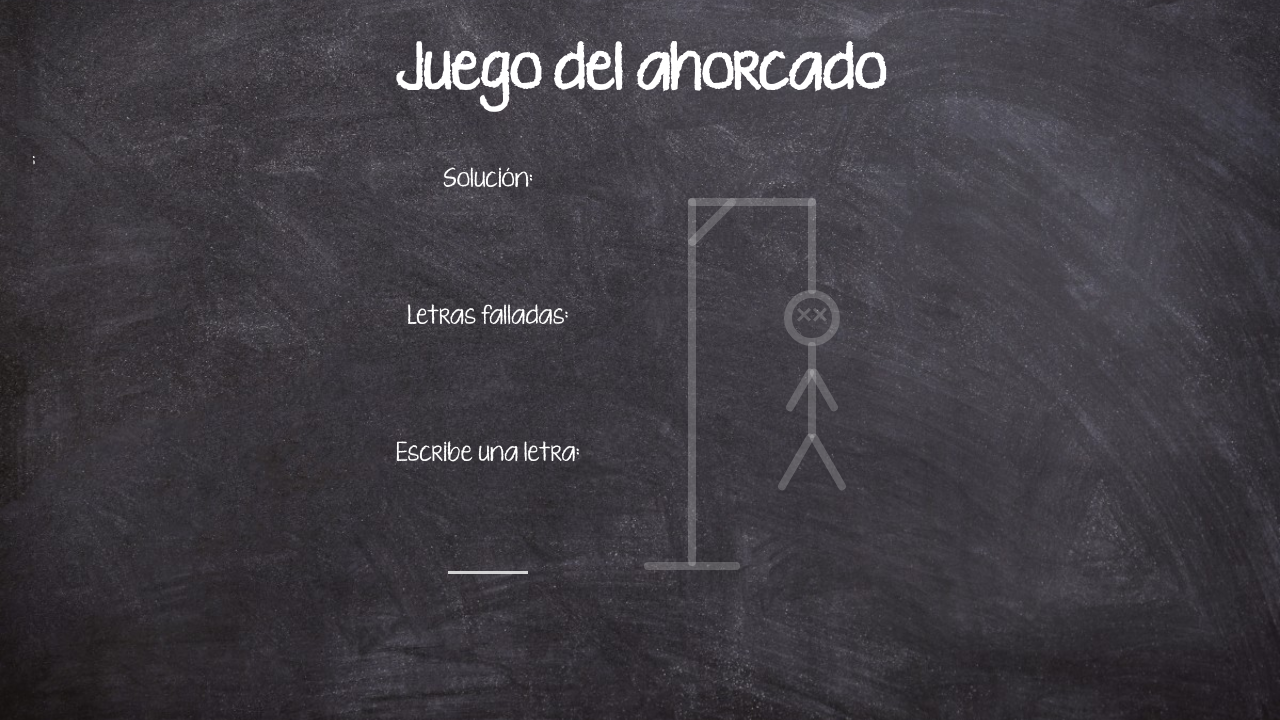
Repository: Adalab/promo-S-module-3-pair-16-sprint-2-hangman-game
Page: /
The author's editor kept a copy of each file at every save. The page is drawn from the files as they stood at one save, then again after the next save.
The browser window is 1280 px wide. The pictures show the whole page.
The page's requests for data from a server got no answer. The project was rebuilt for these pictures with package versions that can differ from the ones it lists, and the page was loaded fresh each time. No one was signed in, and anything a server would have sent is missing.

Above is the page before, as saved 2023-03-15 11:17:02.

After the next save:
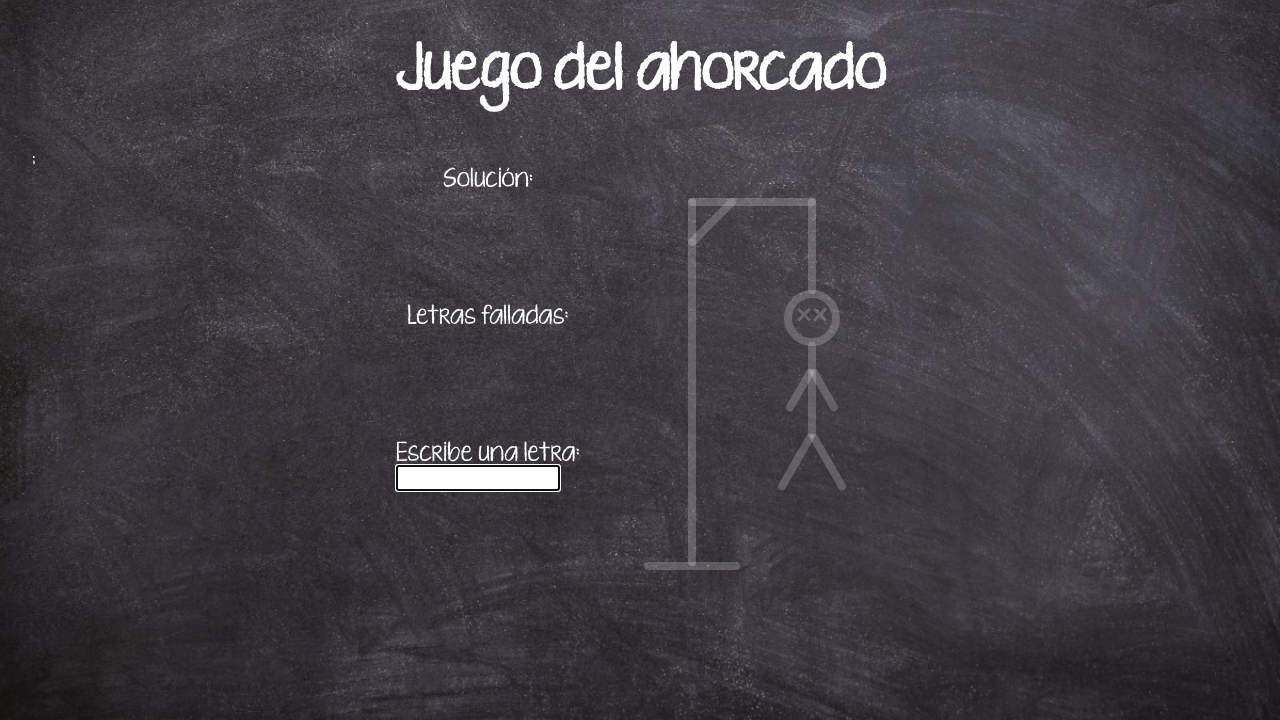
Saved 89 s later.
--- a/src/components/App.js
+++ b/src/components/App.js
@@ -6,7 +6,7 @@ import getWordFromApi from "../services/api";
 import "../styles/App.scss";
 import "../styles/Dummy.scss";
 
-import "../styles/Form.scss";
+
 import "../styles/Header.scss";
 import Header from "./Header.js";
 import Dummy from "./Dummy.js";

After the save that followed:
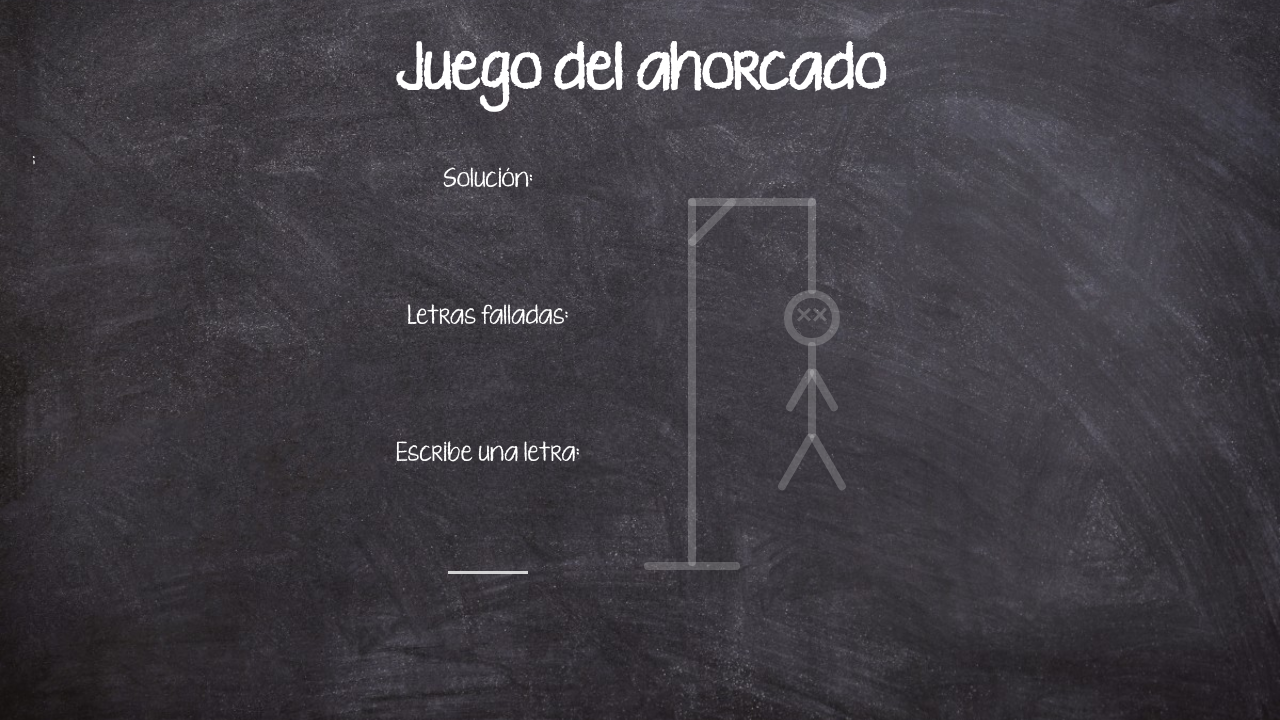
Saved 1 s later.
--- a/src/components/Form.js
+++ b/src/components/Form.js
@@ -1,3 +1,5 @@
+import "../styles/Form.scss";
+
 const Form = ({handleLastLetter, lastLetter}) => {
 
 const handleSubmit = (ev) => {
